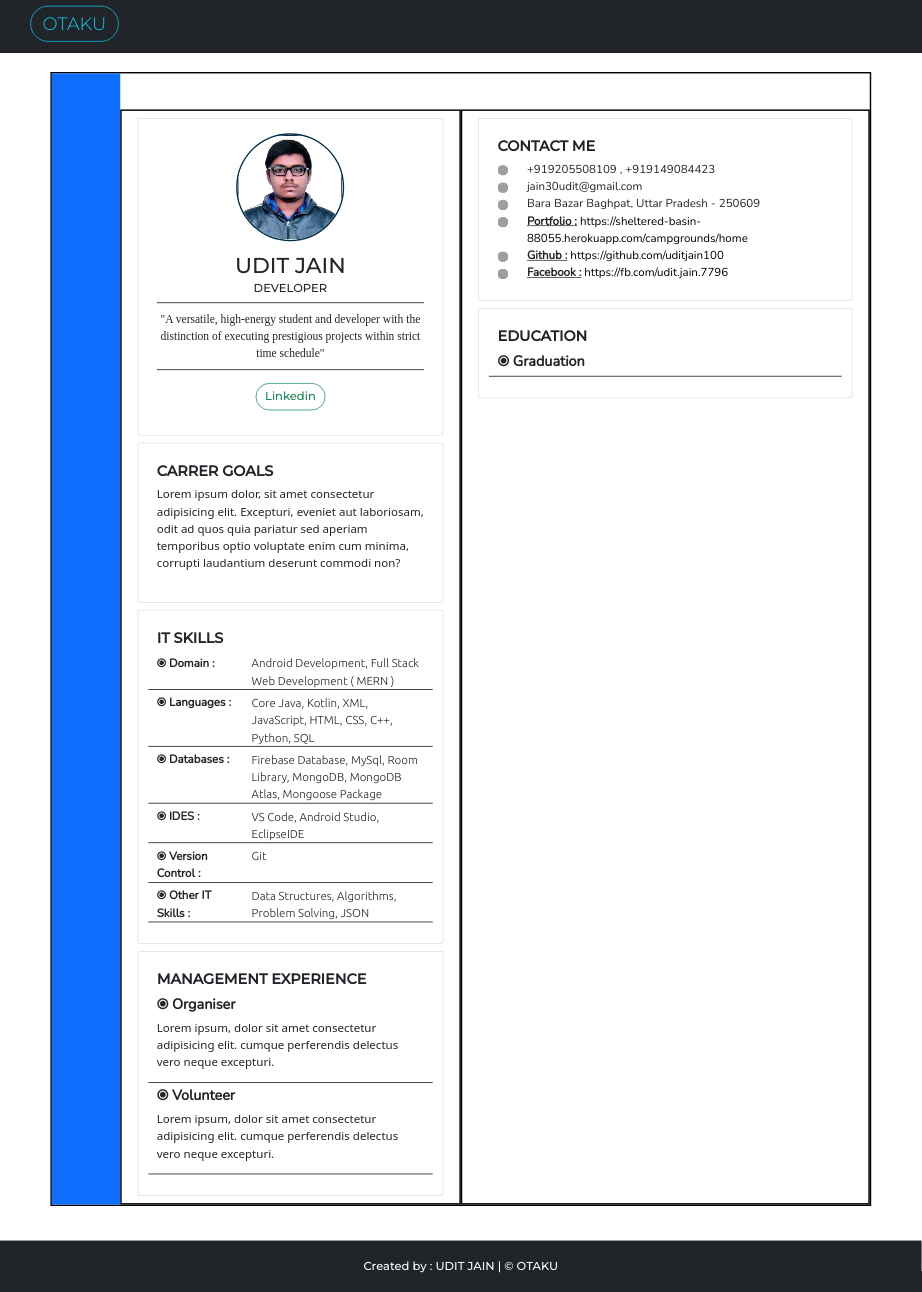
Repository: uditjain100/Responsive-Resume
Page: layouts/index.html
The author's editor kept a copy of each file at every save. The page is drawn from the files as they stood at one save, then again after the next save.
The browser window is 1280 px wide. The pictures show the whole page, at 72% of full size.
Pictures or frames that could not be fetched are drawn as grey boxes. Some web fonts or font styles are not loaded; a fallback is used. Some web libraries are served in a nearby version.

Above is the page before, as saved 2021-03-01 17:38:29.

After the next save:
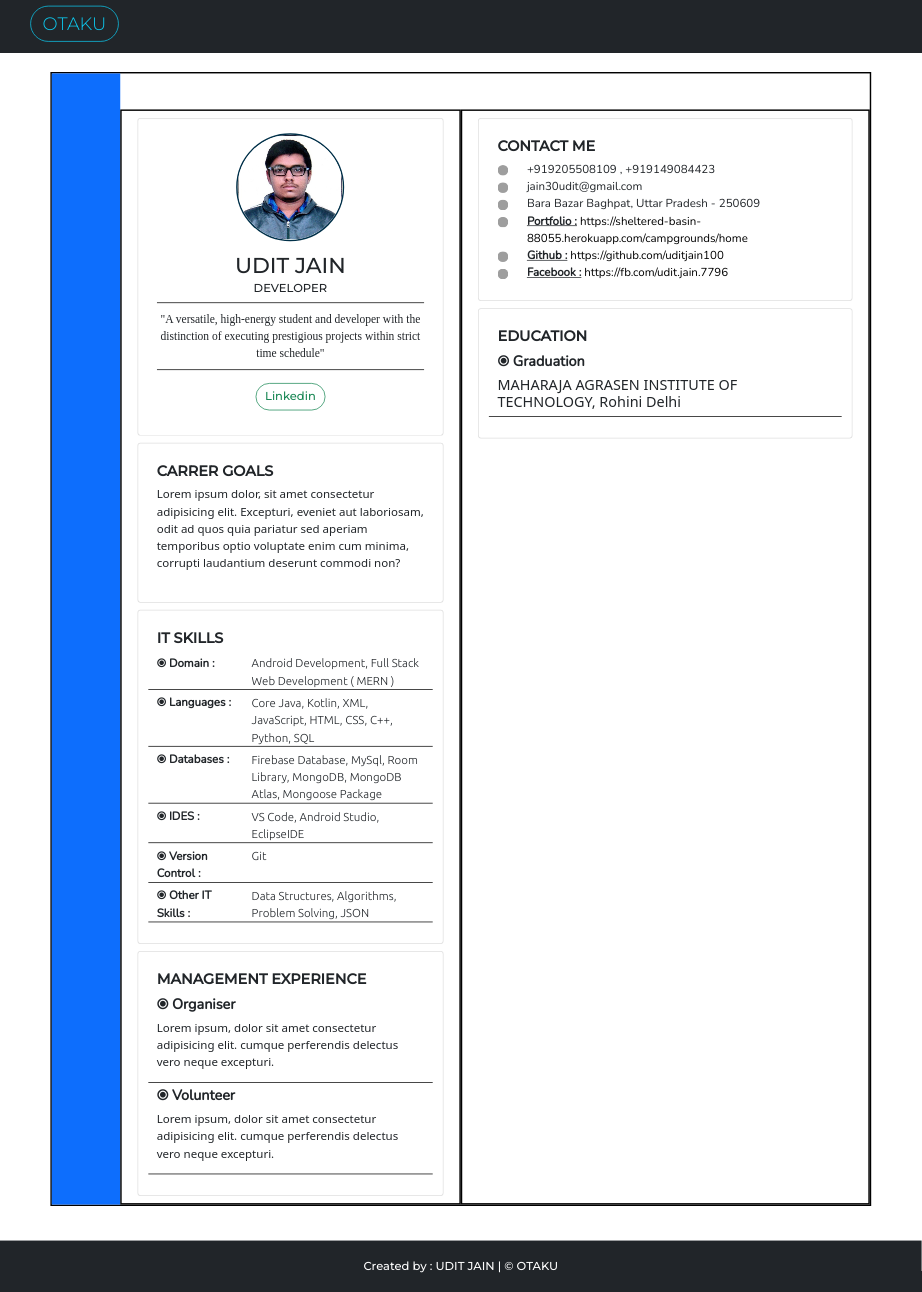
Saved 46 s later.
--- a/layouts/index.html
+++ b/layouts/index.html
@@ -258,6 +258,9 @@
               <ul class="list-group">
                 <li id="managementskillsitem" class="row">
                   <h5 id="que" class="display-10">⦿ Graduation</h5>
+                  <h5>
+                    MAHARAJA AGRASEN INSTITUTE OF TECHNOLOGY, Rohini Delhi
+                  </h5>
                 </li>
               </ul>
             </div>
